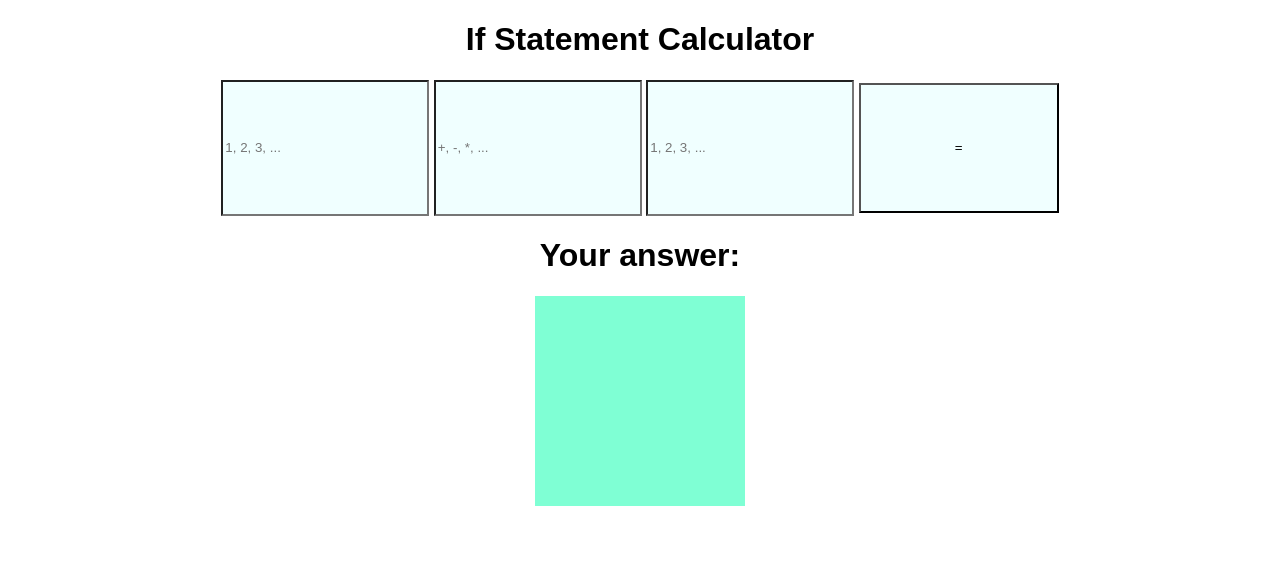
Repository: WesleyErasmus/threeInputCalculator
Page: html/if-calculator.html
These files come from the project's save history. The page is drawn as it stood at one moment and after the next save; the edit follows.
The browser window is 1280 px wide. The pictures show the whole page.

Above is the page before, as saved 2022-04-27 22:12:02.

After the next save:
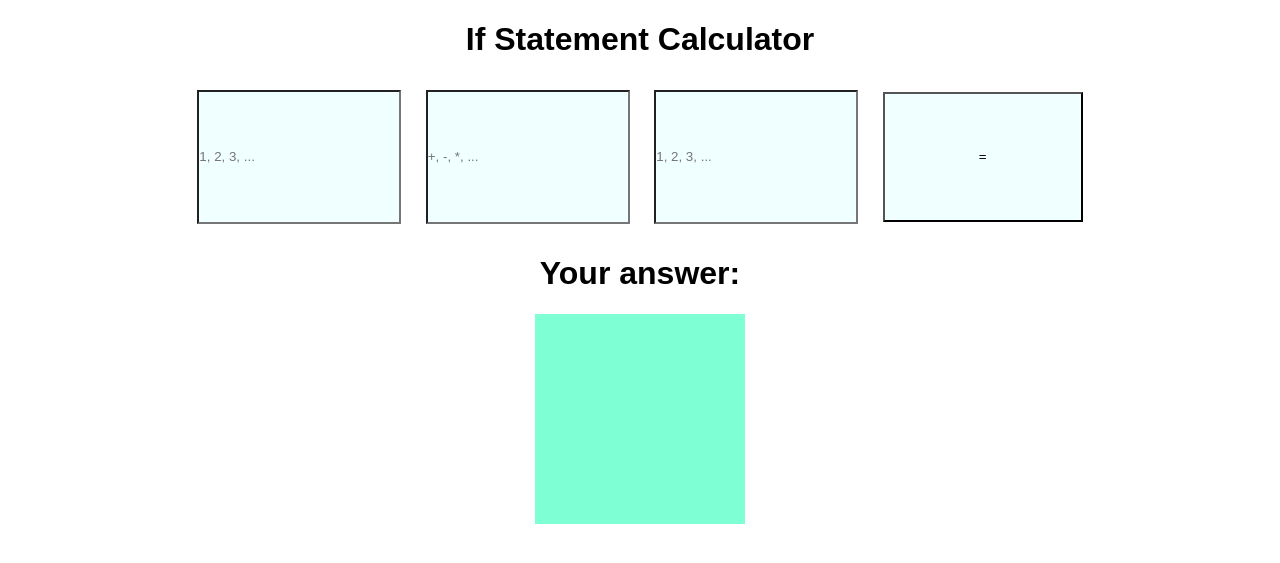
Saved 22 s later.
--- a/css/stylesheet.css
+++ b/css/stylesheet.css
@@ -6,9 +6,11 @@ display: block;
 margin: 0 auto;
 }
 input, button {
+    background-color: azure;
     width: 200px;
     height: 130px;
-    background-color: azure;
+    padding: 0;
+    margin: 10px;
 }
 /* .inputField {
     width: 210px;
